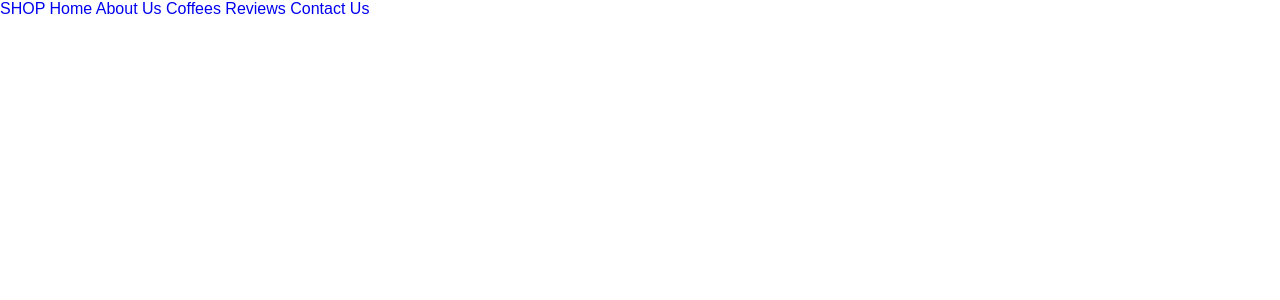
Repository: ntandomagana/Coffee-Shop
Page: index.html
The author's editor kept a copy of each file at every save. The page is drawn from the files as they stood at one save, then again after the next save.
The browser window is 1280 px wide. The pictures show the whole page.

Above is the page before, as saved 2024-04-10 13:22:37.

### index.html
<!DOCTYPE html>
<html lang="en">
  <head>
    <meta charset="UTF-8" />
    <meta name="viewport" content="width=device-width, initial-scale=1.0" />
    <link rel="stylesheet" href="style.css" />
    <link
      href="https://unpkg.com/boxicons@2.1.4/css/boxicons.min.css"
      rel="stylesheet"/>

    <title>Coffee Shop</title>
  </head>
  <body>
    <header class="header">
        <a href="#home" class="logo"><span>SHOP</span></a>


        <navbar class="navbar">
          <a href="#home" class="active">Home</a>
          <a href="#about" >About Us</a>
          <a href="#coffees" >Coffees</a>
          <a href="#reviews" >Reviews</a>
          <a href="#contact" >Contact Us</a>
        </navbar>
    </header>
    <script src="script.js"></script>
  </body>
</html>

### style.css
* {
    margin: 0;
    padding: 0;
    box-sizing: border-box;
    text-decoration: none;
    border: none;
    outline: none;
    scroll-behavior: smooth;
    font-family: "Poppins", sans-serif;
}

:root {

}

Loaded but not shown: script.js (no stored copy; drawn as an empty file)

After the next save:
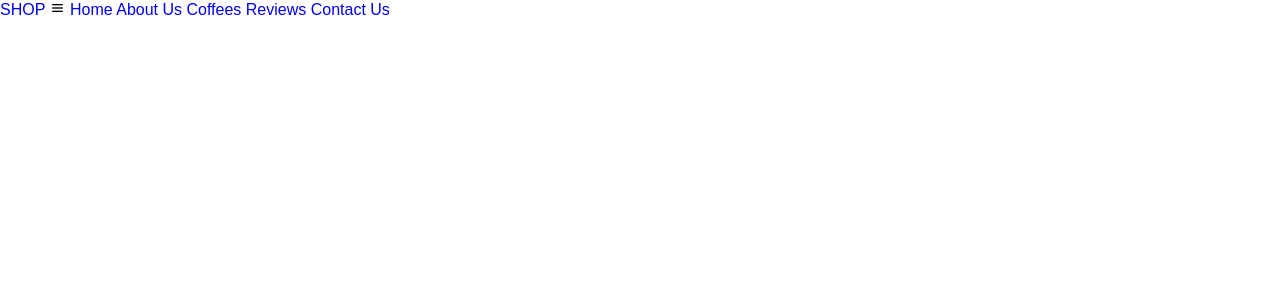
Saved 2 min 8 s later.
--- a/index.html
+++ b/index.html
@@ -13,6 +13,7 @@
   <body>
     <header class="header">
         <a href="#home" class="logo"><span>SHOP</span></a>
+        <i class='bx bx-menu'></i>
 
 
         <navbar class="navbar">
